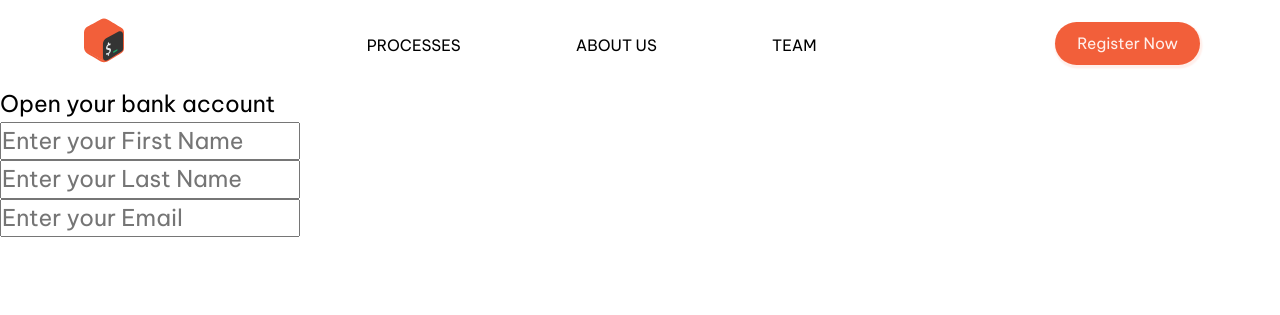
Repository: Esraa22M/Banking_Site
Page: index.html
These files come from the project's save history. The page is drawn as it stood at one moment and after the next save; the edit follows.
The browser window is 1280 px wide. The pictures show the whole page.

Above is the page before, as saved 2022-10-31 16:23:36.

After the next save:
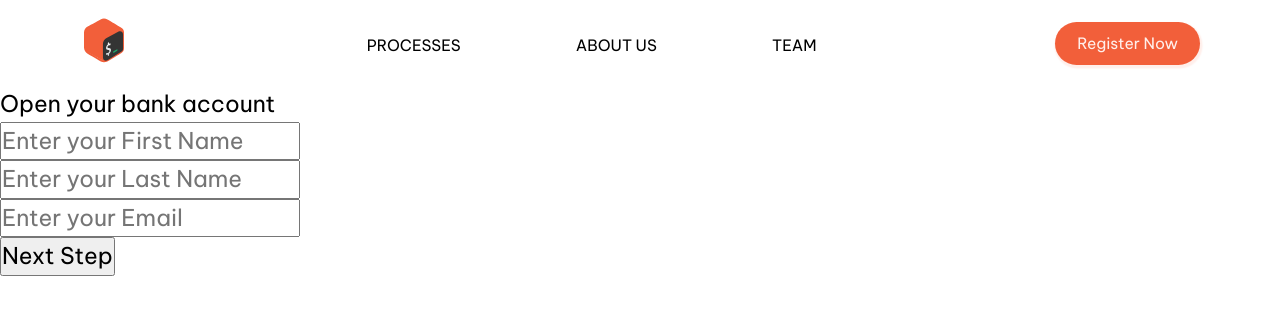
Saved 80 s later.
--- a/index.html
+++ b/index.html
@@ -53,6 +53,7 @@
                 <div><label for=" email" class="sr-only">Email:</label>
                     <input type="email" class="email" placeholder="Enter your Email" />
                 </div>
+                <button type="submit">Next Step</button>
             </form>
         </section>
     </main>
